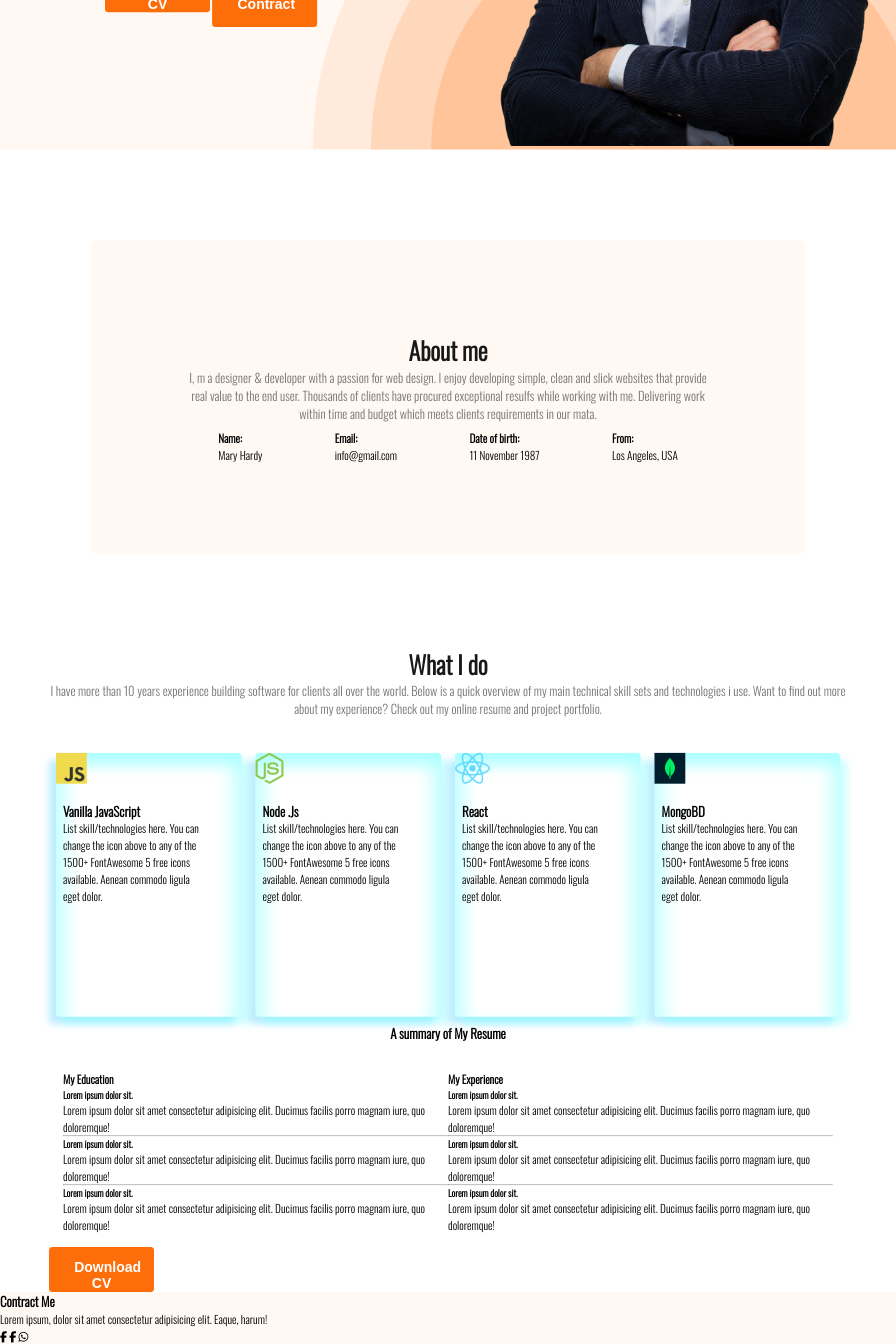
Repository: sumonkumarsarkar/my-website-personal
Page: index.html
These files come from the project's save history. The page is drawn as it stood at one moment and after the next save; the edit follows.
The browser window is 1280 px wide. The pictures show the part of the page from y = 662 to 2582 px (the page is 2582 px tall), at 70% of full size.

Above is the page before, as saved 2024-01-06 17:02:01.

### index.html
<!DOCTYPE html>
<html lang="en">
  <head>
    <meta charset="UTF-8" />
    <meta name="viewport" content="width=device-width, initial-scale=1.0" />
    <title>My Personal Website</title>
    <link rel="preconnect" href="https://fonts.googleapis.com" />
    <link rel="preconnect" href="https://fonts.gstatic.com" crossorigin />
    <link
      href="https://fonts.googleapis.com/css2?family=Open+Sans:wght@700;800&family=Oswald:wght@300&display=swap"
      rel="stylesheet"
    />
    <link rel="stylesheet" href="https://cdnjs.cloudflare.com/ajax/libs/font-awesome/6.5.1/css/all.min.css" integrity="sha512-DTOQO9RWCH3ppGqcWaEA1BIZOC6xxalwEsw9c2QQeAIftl+Vegovlnee1c9QX4TctnWMn13TZye+giMm8e2LwA==" crossorigin="anonymous" referrerpolicy="no-referrer" />
    <link rel="stylesheet" href="./style.css" />
  </head>
  <body>
    <header class="header">
      <nav>
        <h3 class="nav-title">Me<span class="text-primary">r</span>y</h3>
        <ul>
          <li><a href="#">Pirtfolio</a></li>
          <li><a href="#">Blog</a></li>
          <li><button type="button" class="btn-button">Hire Me</button></li>
        </ul>
      </nav>

      <div class="banner">
        <div class="banner-part">
          <h3 class="banner-greeting">Hi, I am</h3>
          <h1 class="banner-title">Mary Hardy</h1>
          <p>
            Shot what able cold new see hold.Friendly as an betrayed formerly
            he. Morning because as to society behaved moments.
          </p>
          <button type="button" class="btn-button">Download CV</button>
          <button class="btn-button" type="button">Contract</button>
        </div>
        <div>
          <img class="profile-picture" src="./images/hardy.png" alt="" />
        </div>
      </div>
    </header>

    <!-- main section  -->

    <main>
      <section class="about">
        <h3 class="section-title">About me</h3>
        <p class="section-description">
          I, m a designer & developer with a passion for web design. I enjoy
          developing simple, clean and slick websites that provide real value to
          the end user. Thousands of clients have procured exceptional resulfs
          while working with me. Delivering work within time and budget which
          meets clients requirements in our mata.
        </p>

        <div class="about-info-container">
          <div class="about-info">
            <h4 class="info-titlt">Name:</h4>
            <p>Mary Hardy</p>
          </div>
          <div class="about-info">
            <h4 class="info-titlt">Email:</h4>
            <p>info@gmail.com</p>
          </div>
          <div class="about-info">
            <h4 class="info-titlt">Date of birth:</h4>
            <p>11 November 1987</p>
          </div>
          <div class="about-info">
            <h4 class="info-titlt">From:</h4>
            <p>Los Angeles, USA</p>
          </div>
        </div>
      </section>

      <section class="what-section">
        <h3 class="section-title">What I do</h3>
        <p class="section-description">
          I have more than 10 years experience building software for clients all
          over the world. Below is a quick overview of my main technical skill
          sets and technologies i use. Want to find out more about my
          experience? Check out my online resume and project portfolio.
        </p>

        <div class="skill-container">
          <div class="skill">
            <img src="./images/icons/js.png" alt="" />
            <div class="skill-item">
              <h3 class="skill-title">Vanilla JavaScript</h3>
              <p class="skill-description">
                List skill/technologies here. You can change the icon above to
                any of the 1500+ FontAwesome 5 free icons available. Aenean
                commodo ligula eget dolor.
              </p>
            </div>
          </div>
          <div class="skill">
            <img src="./images/icons/nodejs.png" alt="" />
            <div class="skill-item">
              <h3 class="skill-title">Node .Js</h3>
              <p class="skill-description">
                List skill/technologies here. You can change the icon above to
                any of the 1500+ FontAwesome 5 free icons available. Aenean
                commodo ligula eget dolor.
              </p>
            </div>
          </div>
          <div class="skill">
            <img src="./images/icons/react.png" alt="" />
            <div class="skill-item">
              <h3 class="skill-title">React</h3>
              <p class="skill-description">
                List skill/technologies here. You can change the icon above to
                any of the 1500+ FontAwesome 5 free icons available. Aenean
                commodo ligula eget dolor.
              </p>
            </div>
          </div>
          <div class="skill">
            <img src="./images/icons/mongo.png" alt="" />
            <div class="skill-item">
              <h3 class="skill-title">MongoBD</h3>
              <p class="skill-description">
                List skill/technologies here. You can change the icon above to
                any of the 1500+ FontAwesome 5 free icons available. Aenean
                commodo ligula eget dolor.
              </p>
            </div>
          </div>
        </div>


     <!-- summary section start  -->
     <section class="section-resume">
      <h3 class="summary-title">A summary of My Resume</h3>
      <div class="summary-section">

          <div class="education-item">
          <h4 class="education-title">My Education</h4>
          <div class="education-details">
          <h5>Lorem ipsum dolor sit.</h5>
          <P>Lorem ipsum dolor sit amet consectetur adipisicing elit. Ducimus facilis porro magnam iure, quo doloremque!</P>
          </div>
          <hr>

          <div class="education-details">
          <h5>Lorem ipsum dolor sit.</h5>
          <P>Lorem ipsum dolor sit amet consectetur adipisicing elit. Ducimus facilis porro magnam iure, quo doloremque!</P>
          </div><hr>
          <div class="education-details">
          <h5>Lorem ipsum dolor sit.</h5>
          <P>Lorem ipsum dolor sit amet consectetur adipisicing elit. Ducimus facilis porro magnam iure, quo doloremque!</P>
          </div>

         </div>

          <!-- Education end  -->

         <div class="experence-item">
          <h4 class="experence">My Experience</h4>

          <div class="education-details">
            <h5>Lorem ipsum dolor sit.</h5>
            <P>Lorem ipsum dolor sit amet consectetur adipisicing elit. Ducimus facilis porro magnam iure, quo doloremque!</P>
            </div><hr>
          <div class="education-details">
            <h5>Lorem ipsum dolor sit.</h5>
            <P>Lorem ipsum dolor sit amet consectetur adipisicing elit. Ducimus facilis porro magnam iure, quo doloremque!</P>
            </div><hr>
          <div class="education-details">
            <h5>Lorem ipsum dolor sit.</h5>
            <P>Lorem ipsum dolor sit amet consectetur adipisicing elit. Ducimus facilis porro magnam iure, quo doloremque!</P>
            </div>
         </div>
      </div>


<!-- Education  start  -->
<button type="button" class="btn-button">Download CV</button>
     </section>


    </div>




     <!-- summary section end  -->


      </section>
    </main>
     <!-- footer section start  -->


<footer class="footer-section">


   <div class="contract-sectio">
    <h3>Contract Me</h3>
    <p>Lorem ipsum, dolor sit amet consectetur adipisicing elit. Eaque, harum!</p>
    <i class="fa-brands fa-facebook-f"></i>
    <i class="fa-brands fa-facebook-f"></i>
    <i class="fa-brands fa-whatsapp"></i>


   </div>
   <div class="from-section">

   </div>

</footer>




     <!-- footer section End  -->


  </body>
</html>

### style.css
* {
  margin: 0;
  padding: 0;
}
body {
  font-family: "Open Sans", sans-serif;
  font-family: "Oswald", sans-serif;
}
nav {
  display: flex;
  align-items: center;
  justify-content: space-between;
  margin: 0 200px;
}

.nav-title {
  font-size: 45px;
  color: #181818;
  line-height: normal;
  font-weight: 800;
}
.text-primary {
  color: #fd6e0a;
}
nav ul {
  display: flex;
  align-items: center;
}
nav a {
  text-decoration: none;
}
nav li {
  list-style: none;
  margin: 50px;
  font-size: 20px;
  color: #474747;
  text-align: center;
}

.section-title {
    color:#181818;
    text-align: center;
    font-size: 35px;
    font-weight: 700;
}
.section-description{
    color:#757575;
    text-align: center;
    font-size: 18px;

}

.btn-button {
  height: 64px;
  width: 150px;
  color: #ffff;
  background: #fd6e0a;
  border-radius: 5px;
  font-size: 20px;
  border: 0;
  font-weight: 700;
  padding: 18px 36px;
}

.header {
  background: #fff8f3;
  background-image: url(./images/header_bg.png);
  background-repeat: no-repeat;
  background-position: bottom right;
}
.banner {
  padding: 30px 30px 0 150px;
  display: flex;
  align-items: center;
  justify-content: space-between;
}
.banner-part {
  max-width: 500px;
}
.banner .profile-picture {
  height: 676px;
  width: 584px;
}
.banner-greeting {
  font-size: 45px;
  color: #474747;
  margin-bottom: 5px;
}
.banner-title {
  font-size: 85px;
  font-weight: 700;
  margin-top: 5px;
}

/* main section   */

main{
    max-width: 1140;
    margin: 0 auto;
}

/* about section  */
.about {
  padding: 130px;
  border-radius:10px;
  background: #fff8f3;
  margin:130px ;
}
.about-info-container{
    display: flex;
    justify-content:space-around;
    margin-top: 10px;
}
.about-info-container h4{
    margin: 0 auto;
}

.what-section{
    max-width: 1140px;
    margin: 0 auto;
}
.skill-container{
    display:flex;
    margin-top:40px;

}
.skill{
    height: 377px;
    width: 267px;
    background: #FFFFFF;
    border-radius: 5px;
    margin: 10px;
    box-shadow:10px 10px 10px rgba(122, 333, 455, .4),
          -10px 10px 10px rgba(122, 220, 300, .5),
          inset 15px 15px 22px rgba(122, 333, 455, .4),
          inset -15px 15px 22px rgba(122, 333, 455, .4);
}
.kill img{
    height:40px;
    width: 40px;
    margin-top:50px;
    padding: 10px;
}
.kill img{

    margin-top:10px;
    padding: 10px;
}
.skill .skill-item{
    width: 204px;
    height: 243px;
    margin-top: 10px;
    padding: 10px;
}


/* summary section start  */
.section-resume{
    max-width: 1140px;

}
.section-resume{
    max-width: 1140px;

}
.summary-title{
    text-align: center;
    margin-bottom:20px;
}
.summary-section{
    display:flex;
}


/* footer section start  */

.footer-section{
    max-height: 780px;
    background: #fff8f3;
    display: flex;
}
/* footer section end  */







/* summary section end */



.summary-section{
    display:flex;
    padding: 20px;

}

After the next save:
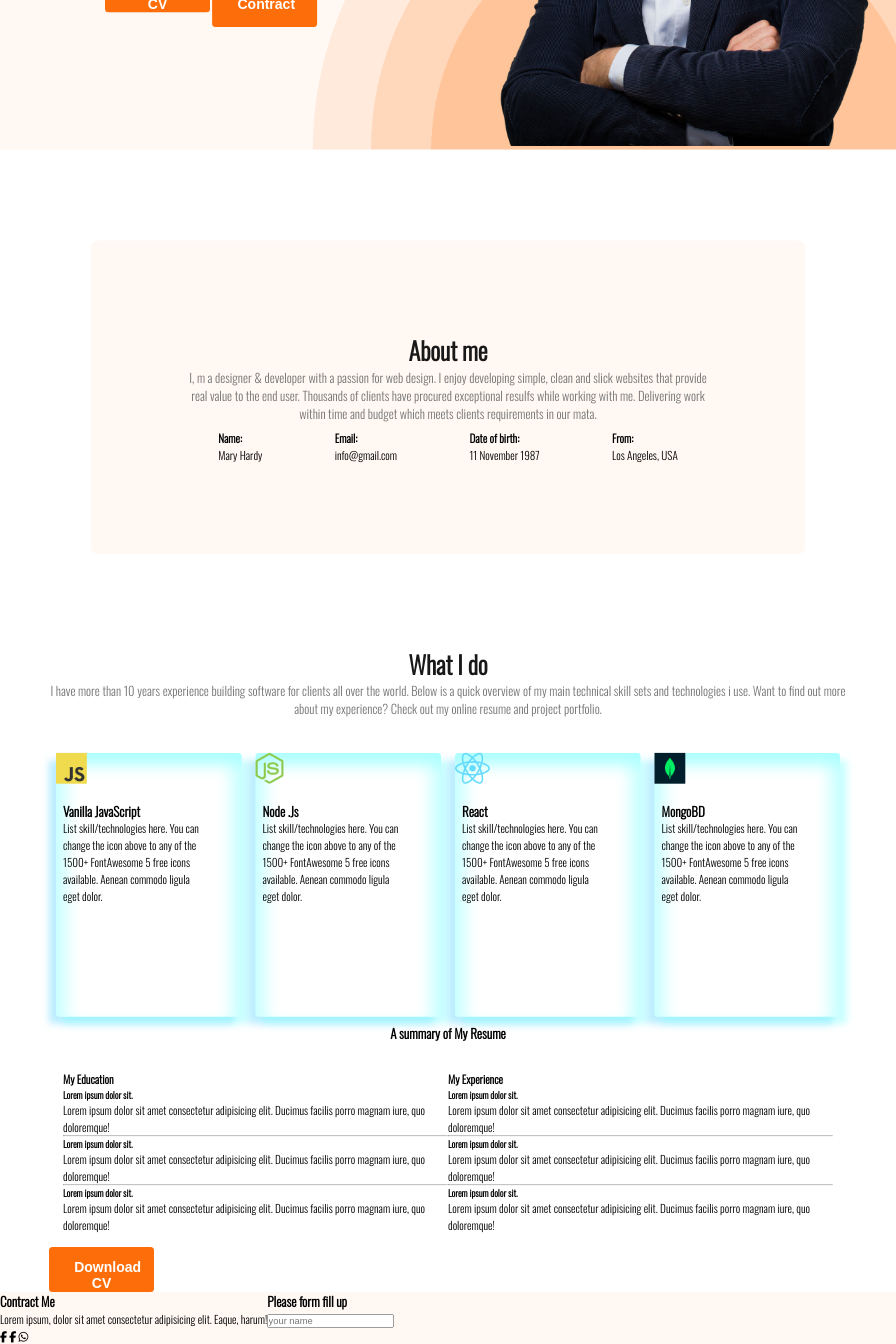
Saved 84 s later.
--- a/index.html
+++ b/index.html
@@ -207,7 +207,10 @@
 
    </div>
    <div class="from-section">
-
+    <h3>Please form fill up</h3>
+    <form action="#">
+      <input type="text" placeholder="your name">
+    </form>
    </div>
 
 </footer>
